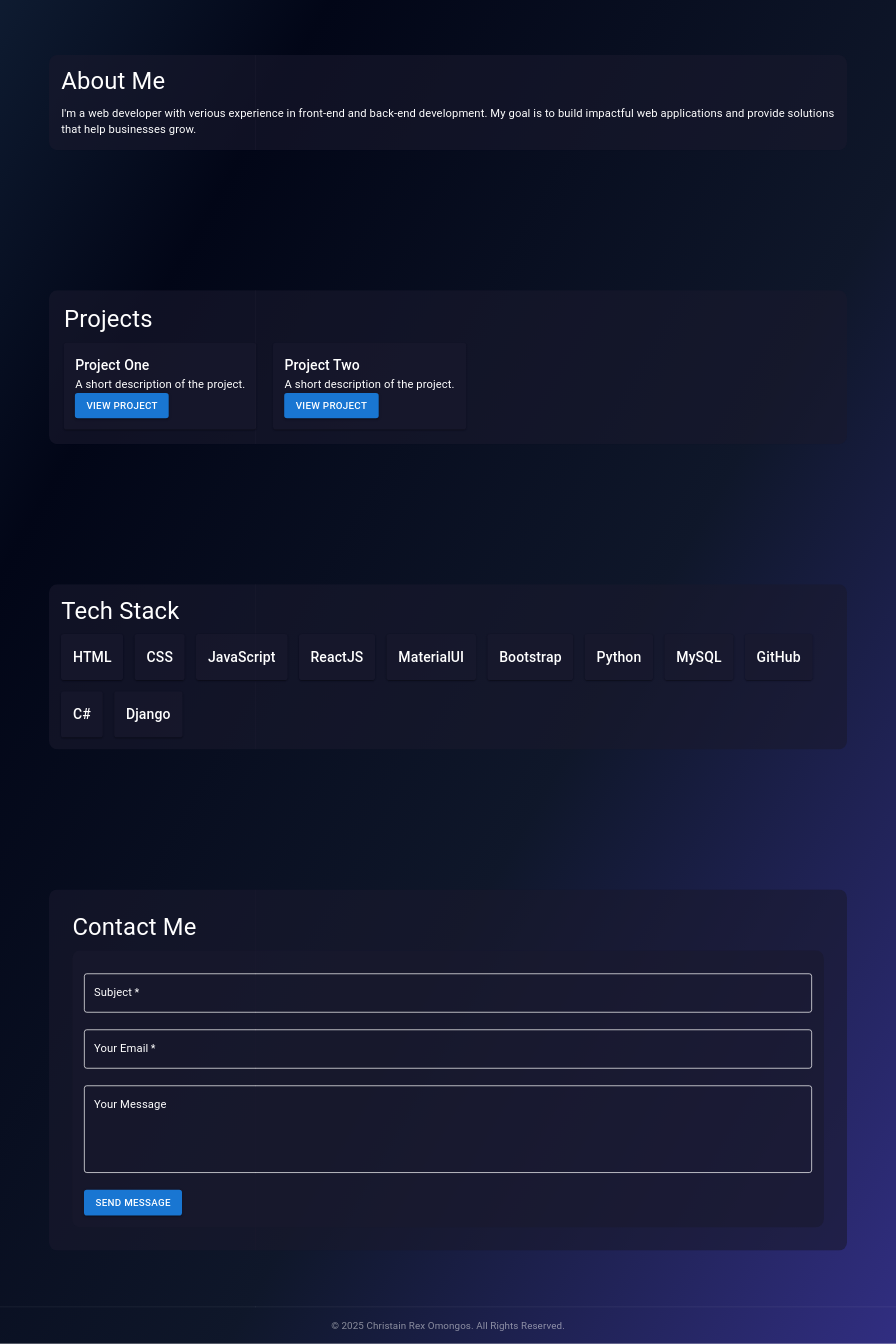
Repository: mikeshadowcoder/myWeb
Page: /
These files come from the project's save history. The page is drawn as it stood at one moment and after the next save; the edit follows.
The browser window is 1280 px wide. The pictures show the part of the page from y = 841 to 2761 px (the page is 2761 px tall before and 2679 px after), at 70% of full size.
The project was rebuilt for these pictures with package versions that can differ from the ones it lists, and the page was loaded fresh each time.

Above is the page before, as saved 2026-01-22 21:07:53.

After the next save:
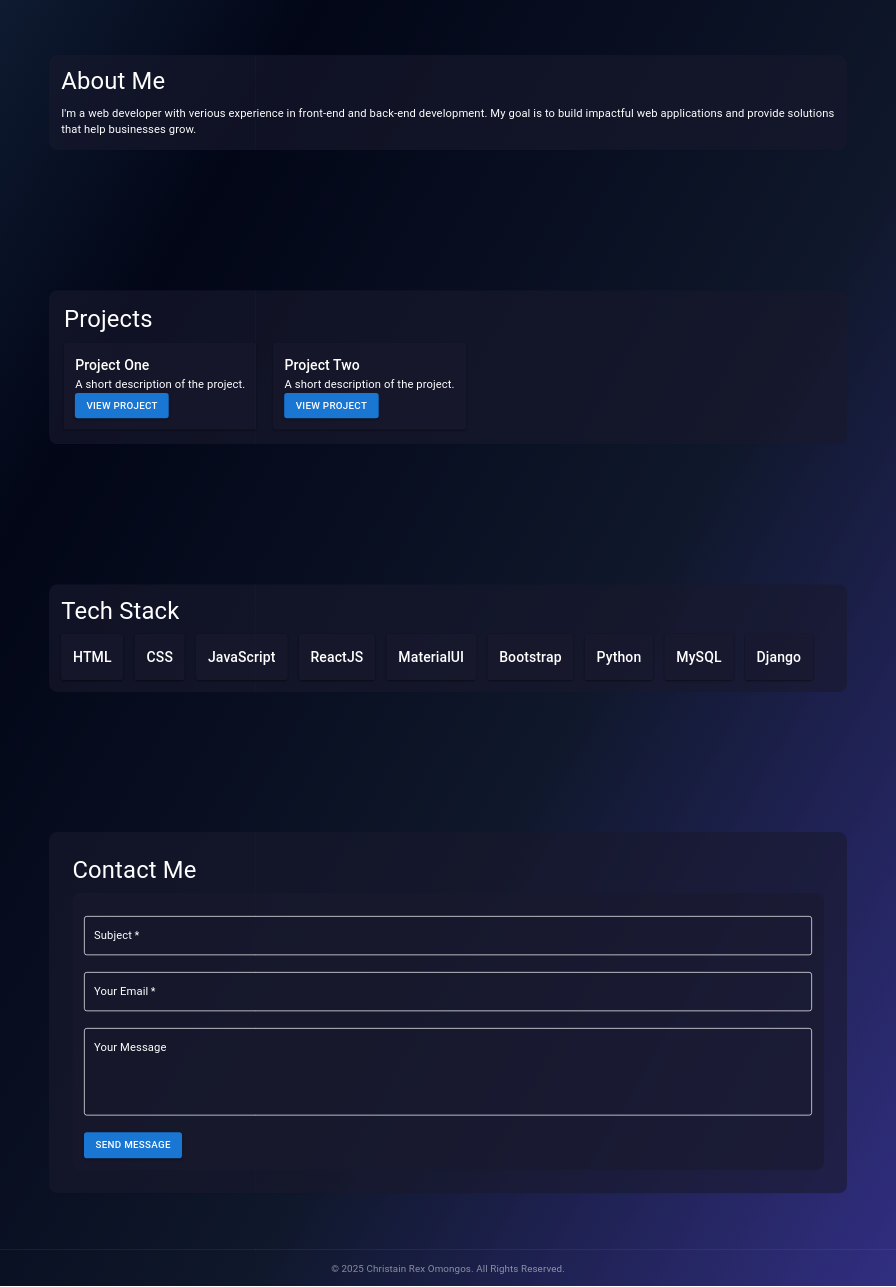
Saved 17 s later.
--- a/src/components/Skills.js
+++ b/src/components/Skills.js
@@ -3,7 +3,7 @@
 import "../styles/boxStyling.css"
 
 const Skills = () => {
-  const skills = ['HTML', 'CSS', 'JavaScript', 'ReactJS', 'MaterialUI', 'Bootstrap', 'Python', 'MySQL', 'GitHub', 'C#', 'Django'];
+  const skills = ['HTML', 'CSS', 'JavaScript', 'ReactJS', 'MaterialUI', 'Bootstrap', 'Python', 'MySQL', 'Django'];
 
   return (
     <Box className="box-container" sx={{ mt: 25, width: "100%", }}>

After the save that followed:
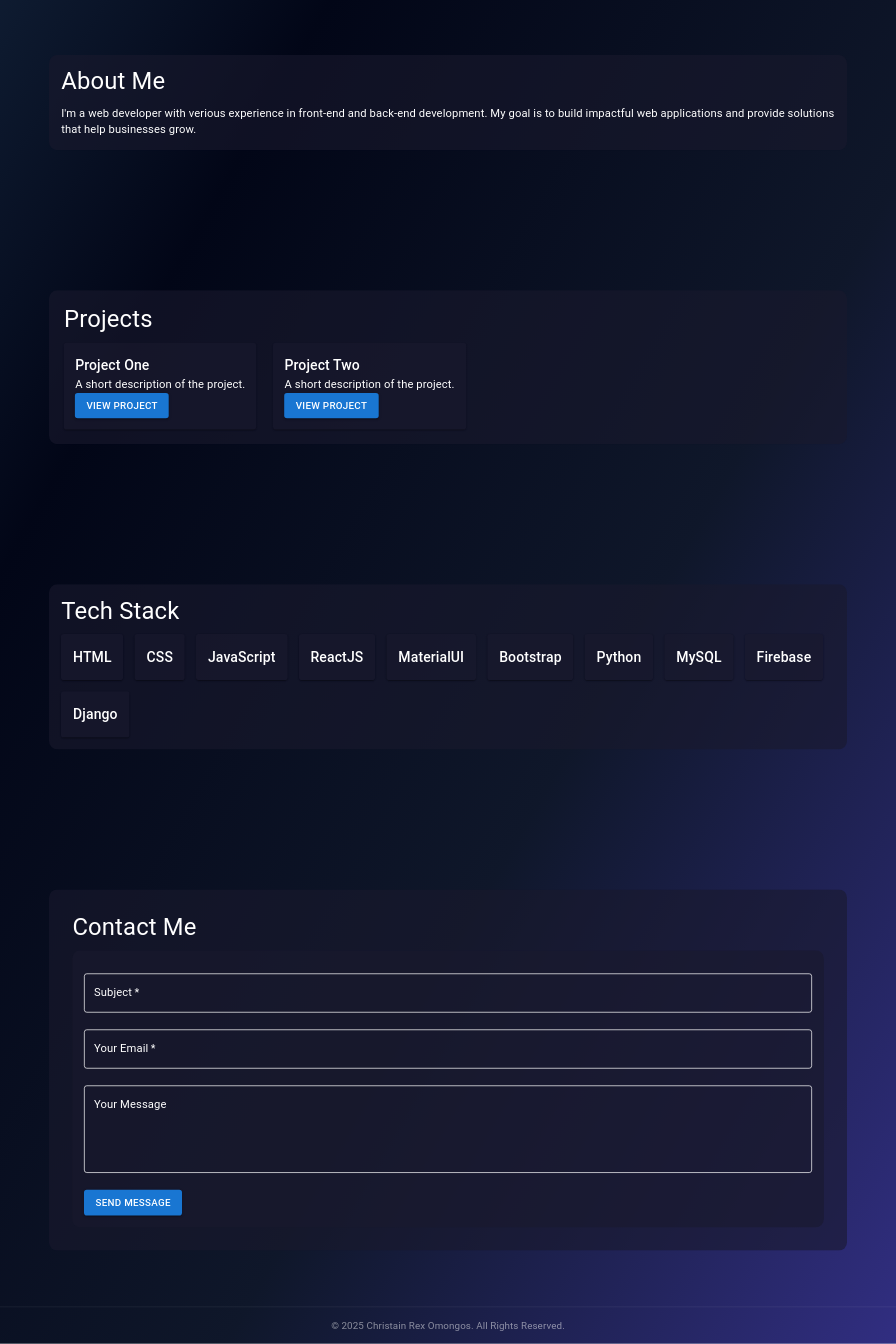
Saved 17 s later.
--- a/src/components/Skills.js
+++ b/src/components/Skills.js
@@ -3,7 +3,7 @@
 import "../styles/boxStyling.css"
 
 const Skills = () => {
-  const skills = ['HTML', 'CSS', 'JavaScript', 'ReactJS', 'MaterialUI', 'Bootstrap', 'Python', 'MySQL', 'Django'];
+  const skills = ['HTML', 'CSS', 'JavaScript', 'ReactJS', 'MaterialUI', 'Bootstrap', 'Python', 'MySQL', 'Firebase', 'Django'];
 
   return (
     <Box className="box-container" sx={{ mt: 25, width: "100%", }}>
